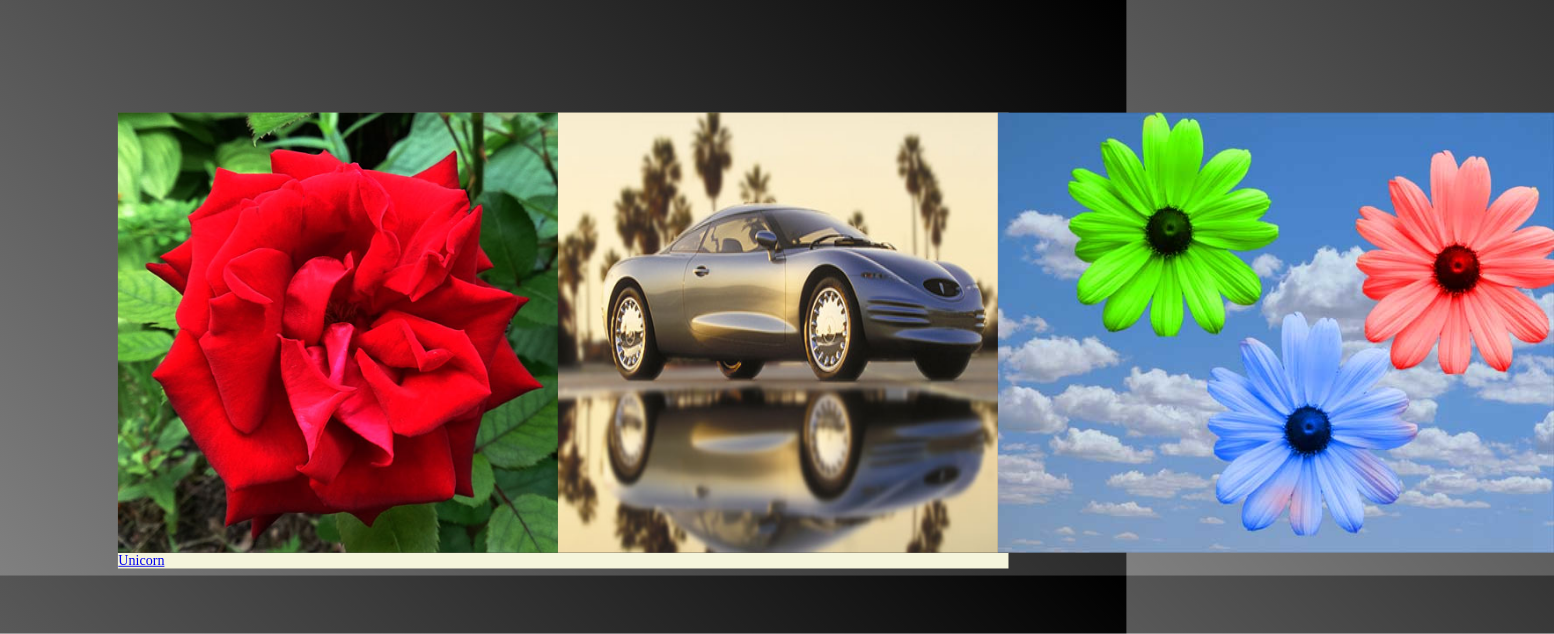
Repository: ViggoSkj/VGY
Page: ovningar/photoshopovning/photoshopovning.html
An editor plug-in stored every save of this project. The page is shown before and after the next save, followed by the edit.
The browser window is 1280 px wide. The page is 1766 px wide, then 1280 px, so the pictures cover 1766 px, including what lies to the right of the window. The pictures show the whole page, at 88% of full size.

Above is the page before, as saved 2022-11-27 12:05:37.

### ovningar/photoshopovning/photoshopovning.html
<!DOCTYPE html>
<html lang="en">
    <head>
        <meta charset="UTF-8">
        <meta http-equiv="X-UA-Compatible" content="IE=edge">
        <meta name="viewport" content="width=device-width, initial-scale=1.0">
        <title>Document</title>
        <link rel="stylesheet" href="public/css/style.css">
    </head>
    <body class="photoshopovningar">
        <div class="container">
            <div class="images">
                <img src="public/images/ros_edited.jpg" alt="ros">
                <img src="public/images/bil_edited.jpg" alt="bil">
                <img src="public/images/sky_and_flower.jpg" alt="1 röd, 1, blå och 1 grönn blomma på en himmel">
            </div>

            <div id="myfooter">
                <a href="https://validator.w3.org/unicorn/check?ucn_uri=labb.vgy.se/~viggosg/ovningar/photoshopovningar.html&ucn_task=conformance">Unicorn</a>
             </div>
        </div>
    </body>
</html>

### ovningar/photoshopovning/public/css/style.css
body
{
    background-image: linear-gradient(45deg, gray, black);
}

.container
{
    background-color: beige;
    margin: auto;
    margin-top: 8em;
    width: 80%;
}

img
{
    width: 90%;

}

.images
{
    display: flex;

    background-color: black;
}

After the next save:
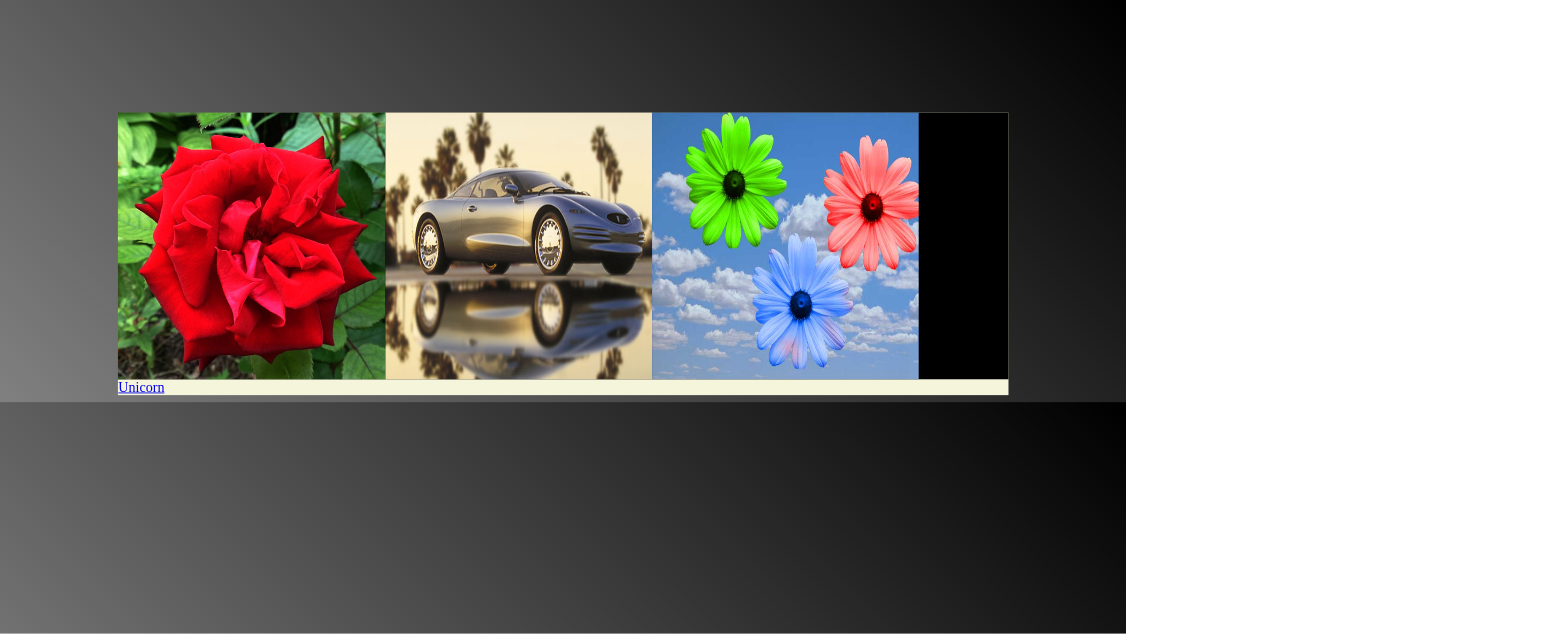
Saved 6 s later.
--- a/ovningar/photoshopovning/public/css/style.css
+++ b/ovningar/photoshopovning/public/css/style.css
@@ -13,7 +13,7 @@ body
 
 img
 {
-    width: 90%;
+    width: 30%;
 
 }
 
